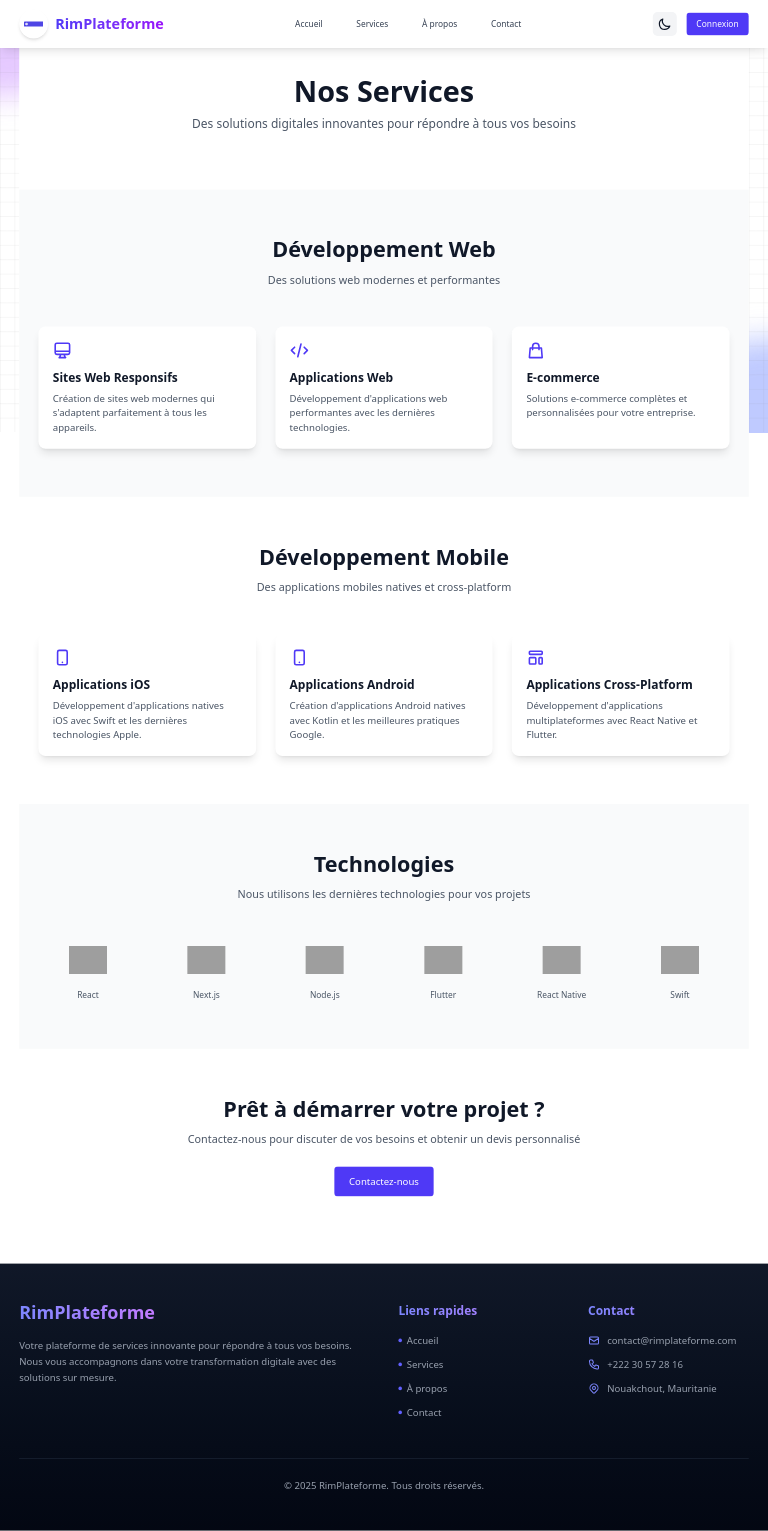
Repository: lamatmed/rimplateforme
Page: /services
These files come from the project's save history. The page is drawn as it stood at one moment and after the next save; the edit follows.
The browser window is 1280 px wide. The pictures show the whole page, at 60% of full size.
Pictures or frames that could not be fetched are drawn as grey boxes. The project was rebuilt for these pictures with package versions that can differ from the ones it lists, and the page was loaded fresh each time. The framework's server and built-in components were replaced by stand-ins that run in the browser. Also part of the build but not shown: next.config.ts.

Above is the page before, as saved 2025-05-31 15:57:19.

After the next save:
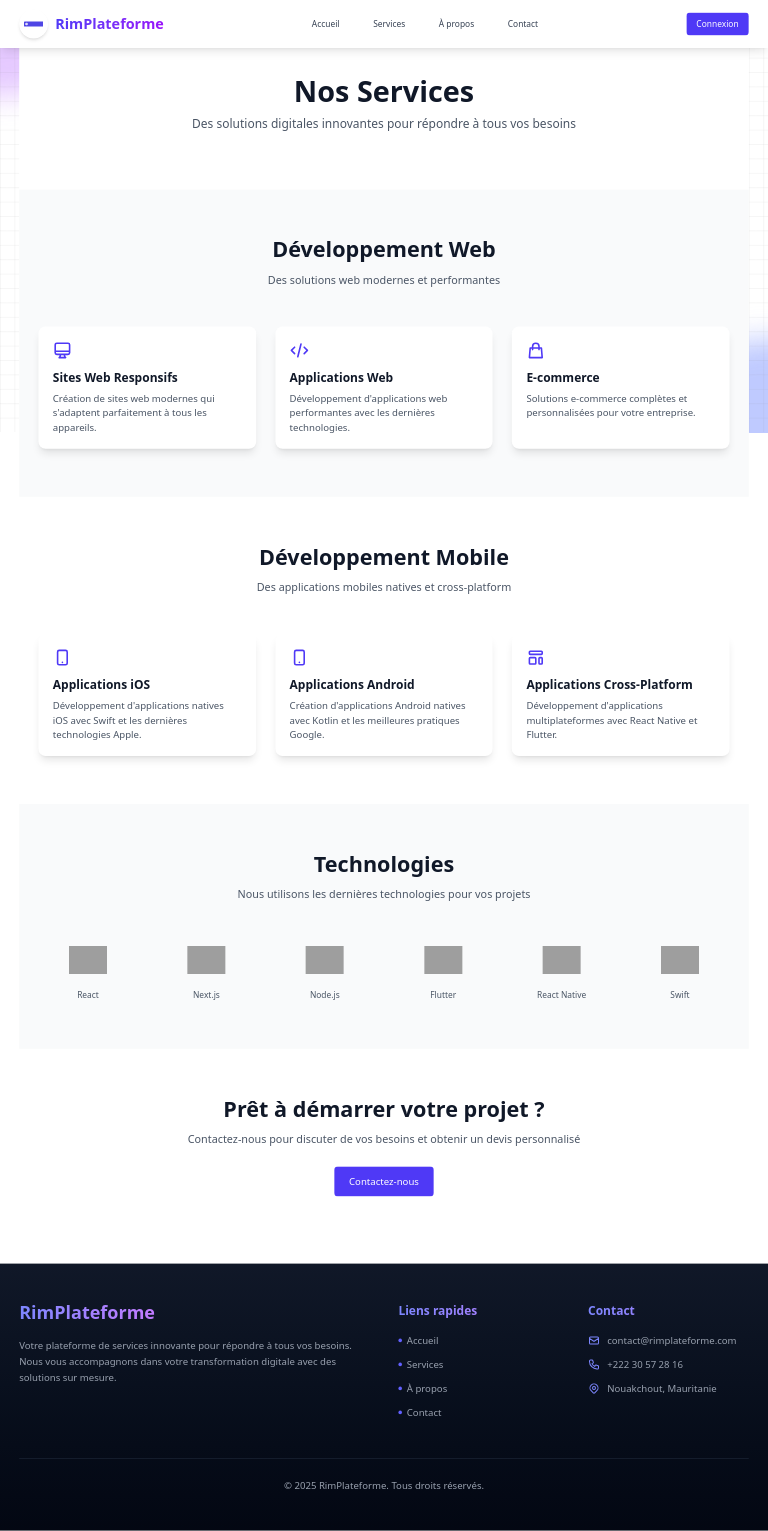
Saved 11 s later.
--- a/app/components/Navbar.tsx
+++ b/app/components/Navbar.tsx
@@ -61,22 +61,7 @@
 
           {/* Right side buttons */}
           <div className="hidden md:flex items-center space-x-4">
-            {/* Theme toggle */}
-            <button
-              onClick={toggleTheme}
-              className="p-2 rounded-lg bg-gray-100 dark:bg-gray-800 hover:bg-gray-200 dark:hover:bg-gray-700"
-              aria-label="Toggle theme"
-            >
-              {theme === 'dark' ? (
-                <svg className="h-6 w-6" fill="none" viewBox="0 0 24 24" stroke="currentColor">
-                  <path strokeLinecap="round" strokeLinejoin="round" strokeWidth={2} d="M12 3v1m0 16v1m9-9h-1M4 12H3m15.364 6.364l-.707-.707M6.343 6.343l-.707-.707m12.728 0l-.707.707M6.343 17.657l-.707.707M16 12a4 4 0 11-8 0 4 4 0 018 0z" />
-                </svg>
-              ) : (
-                <svg className="h-6 w-6" fill="none" viewBox="0 0 24 24" stroke="currentColor">
-                  <path strokeLinecap="round" strokeLinejoin="round" strokeWidth={2} d="M20.354 15.354A9 9 0 018.646 3.646 9.003 9.003 0 0012 21a9.003 9.003 0 008.354-5.646z" />
-                </svg>
-              )}
-            </button>
+
 
             {/* Login button */}
             <Link
